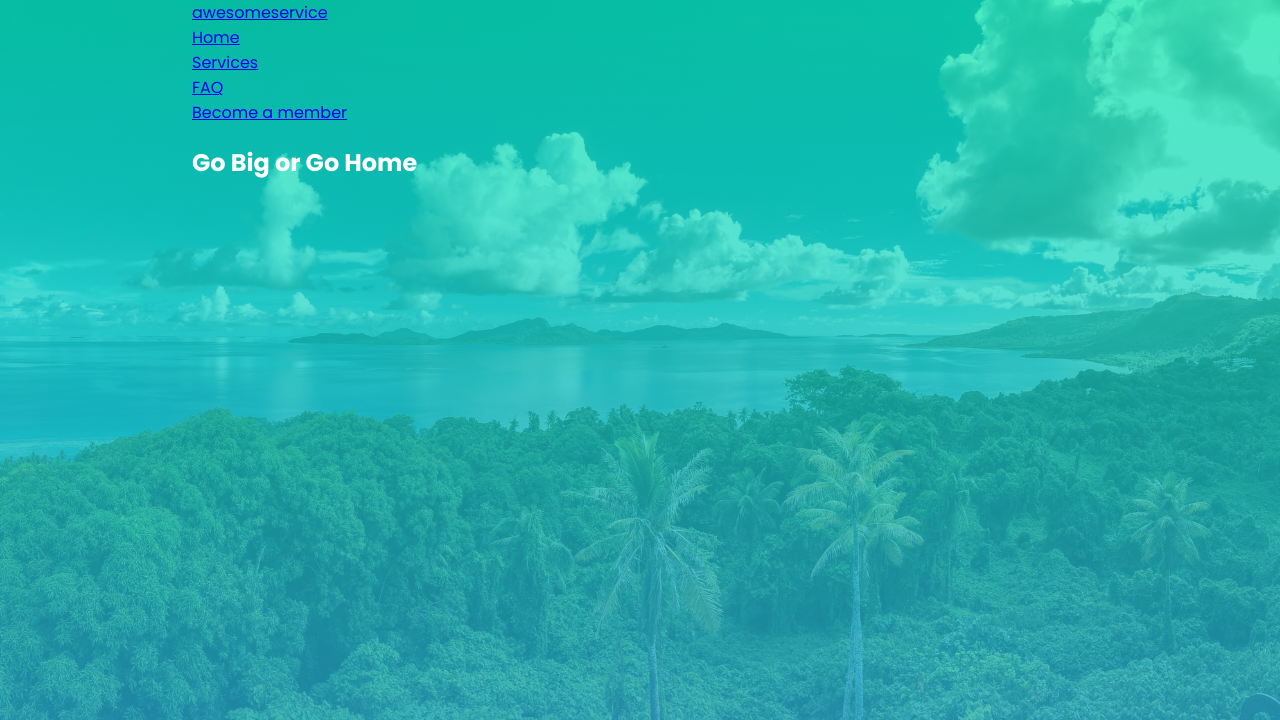
Repository: Hyperion72R/Animated-Navigation
Page: index.html
These files come from the project's save history. The page is drawn as it stood at one moment and after the next save; the edit follows.
The browser window is 1280 px wide. The pictures show the whole page.
The style sheet was rebuilt from its Sass, Less or Tailwind sources for each picture, by a compiler version that may differ from the author's.

Above is the page before, as saved 2021-08-14 16:40:09.

### index.html
<!DOCTYPE html>
<html lang="en">
  <head>
    <meta charset="UTF-8" />
    <meta http-equiv="X-UA-Compatible" content="IE=edge" />
    <meta name="viewport" content="width=device-width, initial-scale=1.0" />
    <title>Document</title>
    <link rel="stylesheet" href="css/main.css" />
  </head>
  <body>
    <header>
      <a href="#" class="logo">awesomeservice</a>

      <nav>
        <ul>
          <li><a href="#">Home</a></li>
          <li><a href="#">Services</a></li>
          <li><a href="#">FAQ</a></li>
          <li class="active"><a href="#">Become a member</a></li>
        </ul>
      </nav>
    </header>

    <section>
      <h1>Go Big or Go Home</h1>
    </section>

    <div class="overlay">
      <div class="left">
        <h2>It's so easy</h2>
        <p>You've got two options!</p>

        <div class="cards">
          <div class="card">
            <strong>Subscribe for $9 per month</strong>
            <p>
              Lorem ipsum dolor, sit amet consectetur adipisicing elit. Lorem
              ipsum dolor sit.
            </p>
            <a href="#" class="cta">Subscribe Now</a>
          </div>

          <div class="card">
            <strong>Pay $99 Once</strong>
            <p>
              Ratione quisquam, nesciunt corrupti magni quis tempora veritatis
              laudantium ex
            </p>
            <a href="#" class="cta pay-once">Pay Once</a>
          </div>
        </div>
      </div>

      <div class="middle">
        <ul class="secondary">
          <li><a href="#">Home</a></li>
          <li><a href="#">Services</a></li>
          <li><a href="#">FAQ</a></li>
          <li><a href="#">Contact</a></li>
        </ul>

        <div class="social-nav">
          <a href="" class="twitter"
            ><svg
              xmlns="http://www.w3.org/2000/svg"
              width="32"
              height="32"
              viewBox="0 -1.15 32 32"
            >
              <path
                d="M24 4.557c-.883.392-1.832.656-2.828.775 1.017-.609 1.798-1.574 2.165-2.724-.951.564-2.005.974-3.127 1.195-.897-.957-2.178-1.555-3.594-1.555-3.179 0-5.515 2.966-4.797 6.045-4.091-.205-7.719-2.165-10.148-5.144-1.29 2.213-.669 5.108 1.523 6.574-.806-.026-1.566-.247-2.229-.616-.054 2.281 1.581 4.415 3.949 4.89-.693.188-1.452.232-2.224.084.626 1.956 2.444 3.379 4.6 3.419-2.07 1.623-4.678 2.348-7.29 2.04 2.179 1.397 4.768 2.212 7.548 2.212 9.142 0 14.307-7.721 13.995-14.646.962-.695 1.797-1.562 2.457-2.549z"
              /></svg
          ></a>
          <a href="" class="facebook"
            ><svg
              xmlns="http://www.w3.org/2000/svg"
              width="32"
              height="32"
              viewBox="0 0 32 32"
            >
              <path
                d="M9 8h-3v4h3v12h5v-12h3.642l.358-4h-4v-1.667c0-.955.192-1.333 1.115-1.333h2.885v-5h-3.808c-3.596 0-5.192 1.583-5.192 4.615v3.385z"
              /></svg
          ></a>
        </div>
      </div>

      <div class="right">
        <svg
          class="exit"
          xmlns="http://www.w3.org/2000/svg"
          width="58"
          height="58"
          viewBox="0 0 58 58"
        >
          <path
            d="M24 20.188l-8.315-8.209 8.2-8.282-3.697-3.697-8.212 8.318-8.31-8.203-3.666 3.666 8.321 8.24-8.206 8.313 3.666 3.666 8.237-8.318 8.285 8.203z"
          />
        </svg>
      </div>
    </div>
  </body>
</html>

### css/main.scss
@import url("https://fonts.googleapis.com/css2?family=Poppins:ital,wght@0,400;0,500;0,600;0,700;0,800;0,900;1,400;1,500;1,600;1,700;1,800;1,900&display=swap");

*,
*:before,
*::after {
  box-sizing: border-box;
}

body::after {
  content: "";
  display: block;
  width: 100%;
  //   height: 108%;
  height: 100%;
  //   background-color: rgba(51, 51, 51, 0.5);
  background: linear-gradient(rgba(4, 230, 168, 0.7), rgba(44, 189, 230, 0.7));
  position: absolute;
  top: 0;
  left: 0;
  right: 0;
  bottom: 0;
  z-index: -10;
}

body {
  height: 100vh;
  //   background: #8000ff url("../assets/images/bg.jpg");
  //   background: linear-gradient(rgba(4, 230, 168, 0.8), rgba(44, 189, 230, 0.8)),
  //     url("../assets/images/bg.jpg");
  background: url("../assets/images/bg.jpg");
  object-fit: contain;
  background-size: cover;
  color: white;
  font-family: "Poppins";
  margin: 0;
  //   padding: 0;
  //   overflow: hidden;
  background-repeat: no-repeat;
}

ul {
  list-style-type: none;
  margin: 0;
  padding: 0;
}

section,
header {
  width: 70%;
  margin: 0 auto;
}

// .social-nav,
// .right {
//   display: none;
// }

.overlay {
  display: none;
}

After the next save:
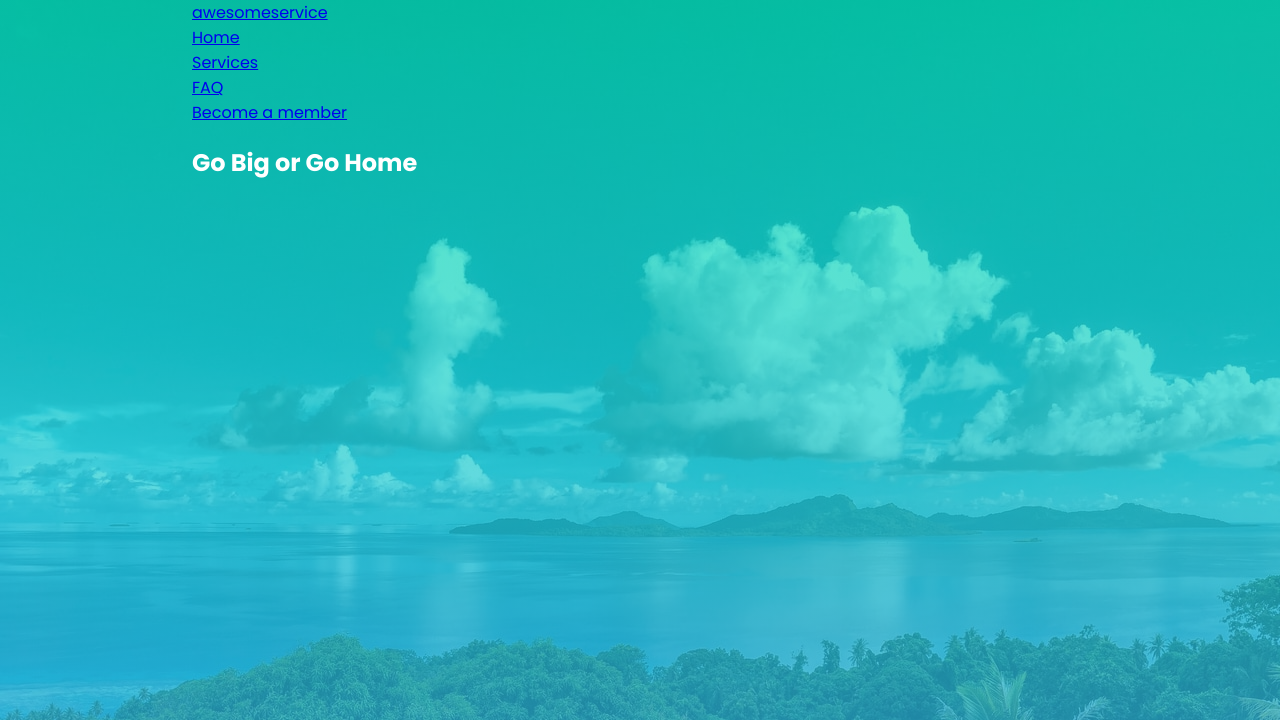
Saved 4 s later.
--- a/css/main.scss
+++ b/css/main.scss
@@ -29,7 +29,7 @@
   //     url("../assets/images/bg.jpg");
   background: url("../assets/images/bg.jpg");
   object-fit: contain;
-  background-size: cover;
+  //   background-size: cover;
   color: white;
   font-family: "Poppins";
   margin: 0;

After the 2 saves that followed:
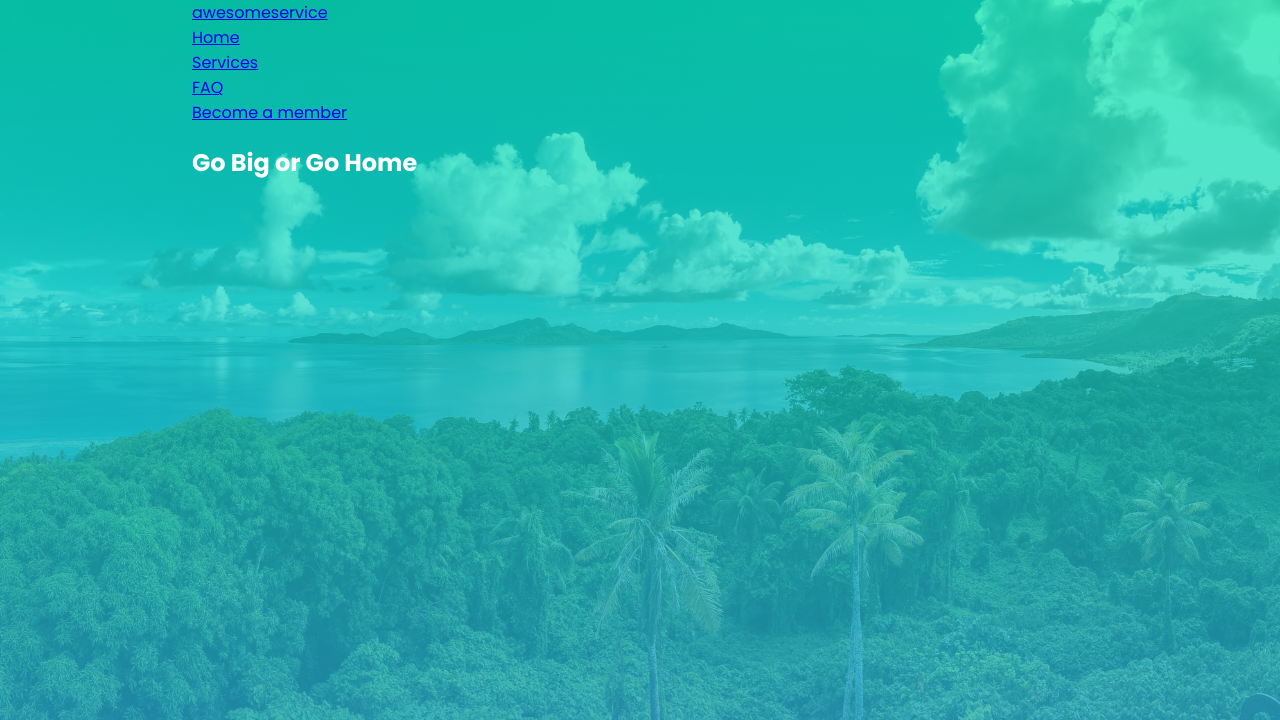
The 2 saves are shown as one change because 1 left the picture as it was.
The last was saved 10 s later.
--- a/css/main.scss
+++ b/css/main.scss
@@ -28,8 +28,8 @@
   //   background: linear-gradient(rgba(4, 230, 168, 0.8), rgba(44, 189, 230, 0.8)),
   //     url("../assets/images/bg.jpg");
   background: url("../assets/images/bg.jpg");
-  object-fit: contain;
-  //   background-size: cover;
+  object-fit: cover;
+  background-size: cover;
   color: white;
   font-family: "Poppins";
   margin: 0;
